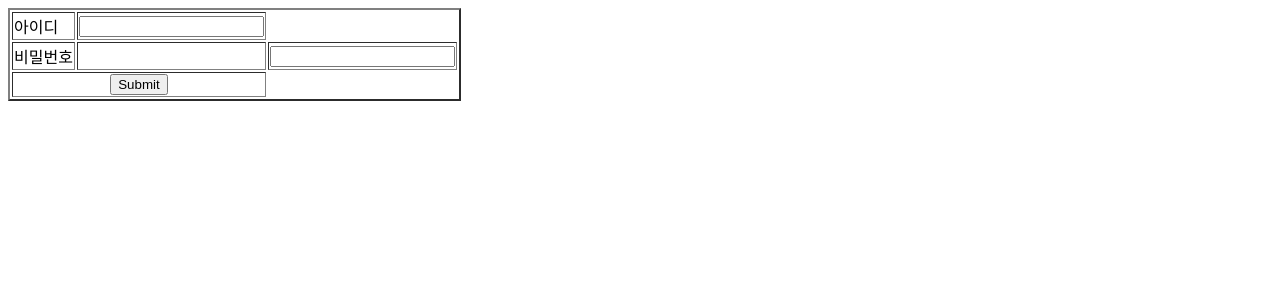
Repository: Jipumpkin/WebServer
Page: JSP2/src/main/webapp/loginForm.html
The author's editor kept a copy of each file at every save. The page is drawn from the files as they stood at one save, then again after the next save.
The browser window is 1280 px wide. The pictures show the whole page.

Above is the page before, as saved 2024-08-07 02:55:59.

After the next save:
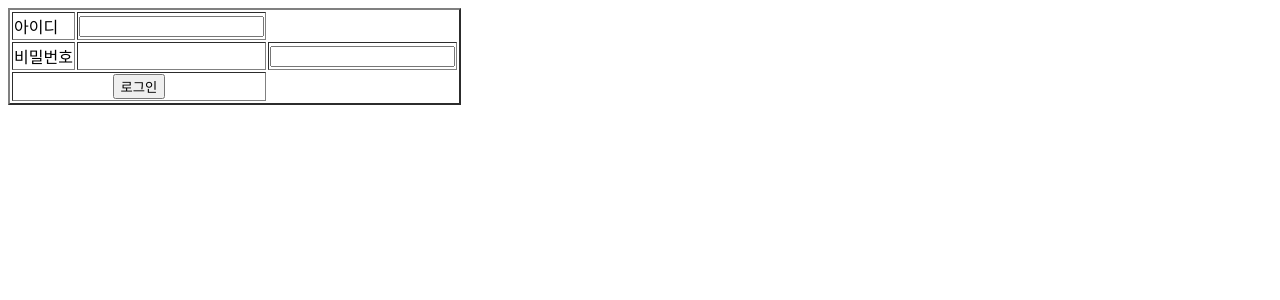
Saved 46 s later.
--- a/JSP2/src/main/webapp/loginForm.html
+++ b/JSP2/src/main/webapp/loginForm.html
@@ -29,7 +29,7 @@
 			</td>
 		</tr>
 		<tr class="sub">
-			<td colspan="2"><input type="submit"> </td>
+			<td colspan="2"><input type="submit" value="로그인"> </td>
 		</tr>
 
 	</table>
